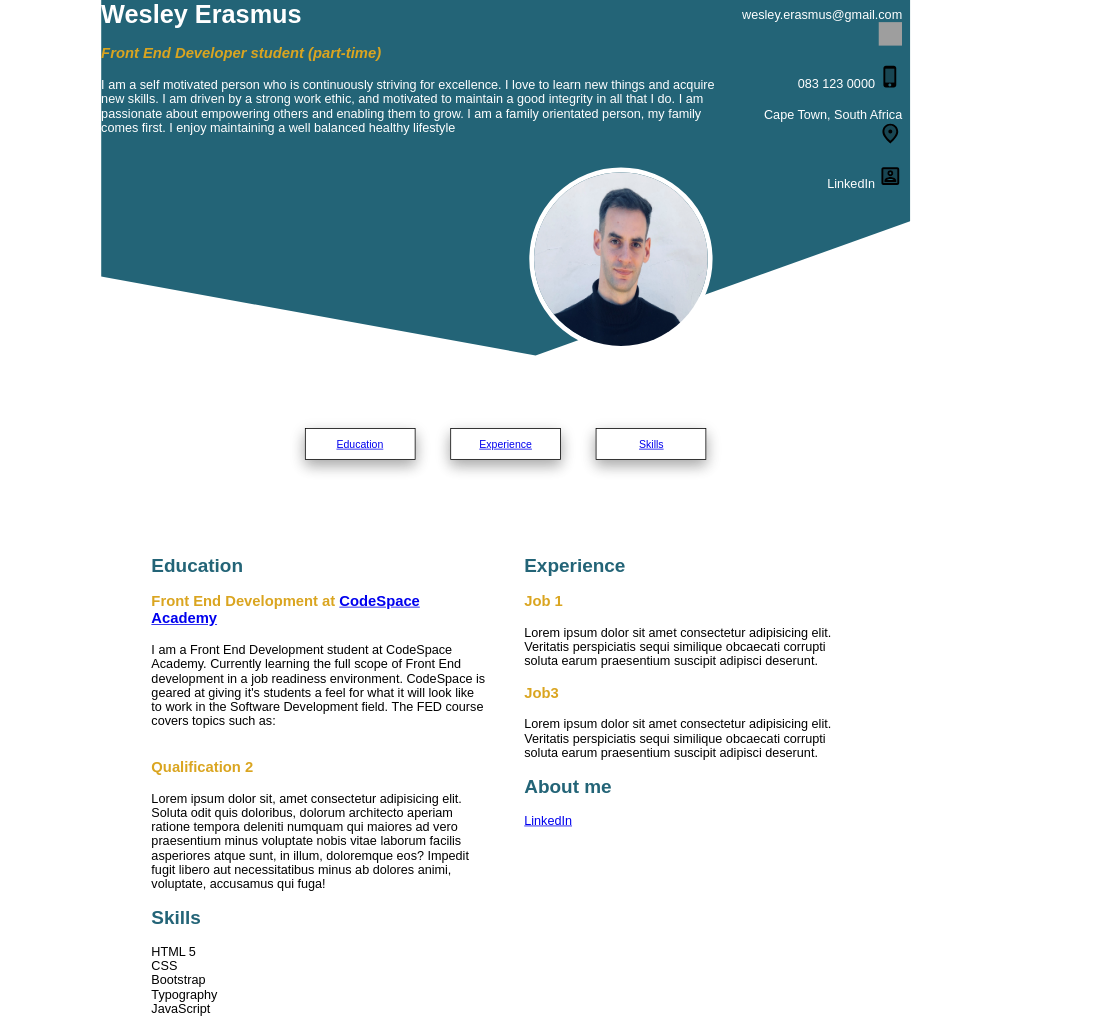
Repository: WesleyErasmus/myDigitalResume
Page: Resume-Projec-3/index.html
These files come from the project's save history. The page is drawn as it stood at one moment and after the next save; the edit follows.
The browser window is 1280 px wide. The page is 1408 px wide, so the pictures cover 1408 px, including what lies to the right of the window. The pictures show the whole page, at 79% of full size.
Pictures or frames that could not be fetched are drawn as grey boxes.

Above is the page before, as saved 2022-02-12 17:08:54.

After the next save:
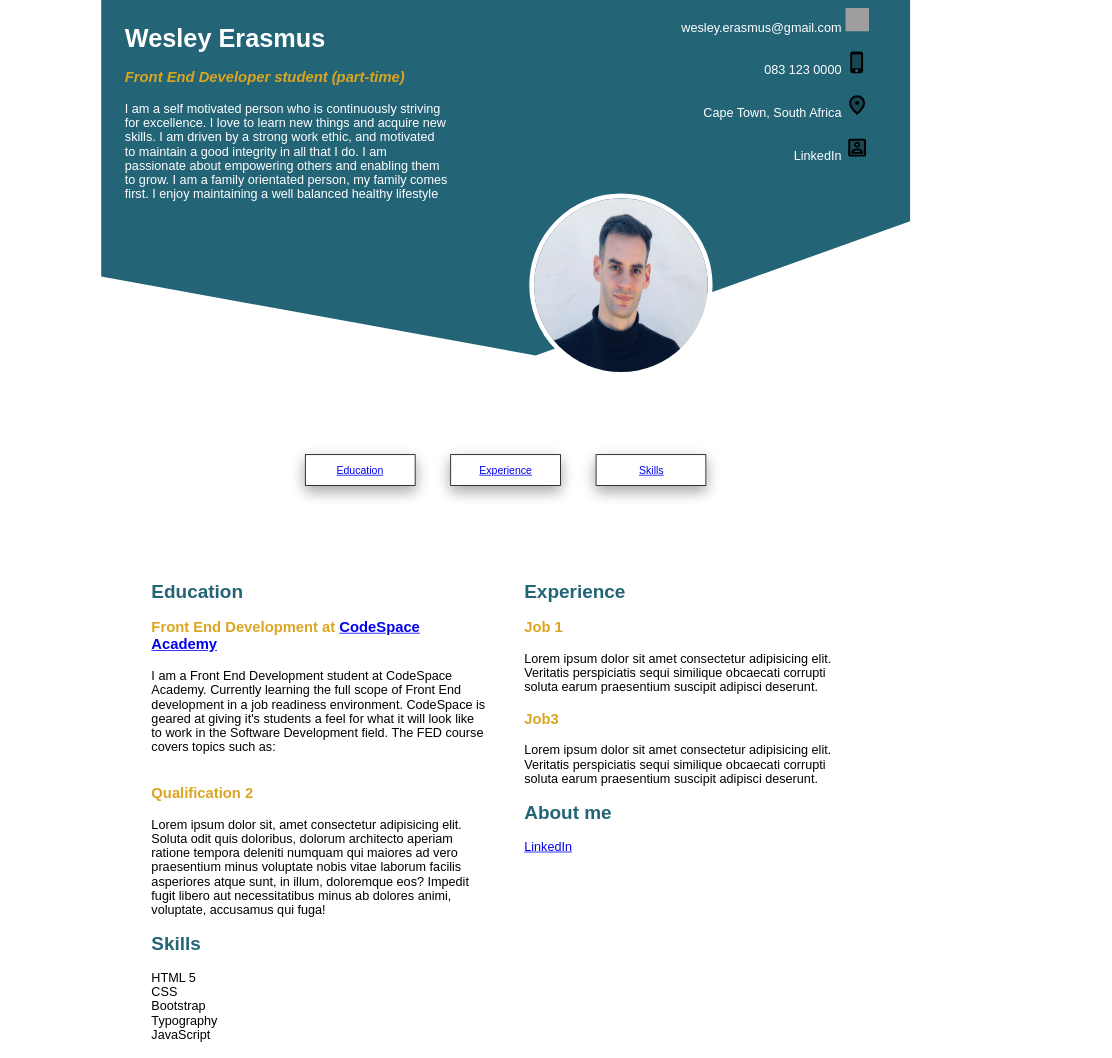
Saved 19 s later.
--- a/Resume-Projec-3/styles.css
+++ b/Resume-Projec-3/styles.css
@@ -33,7 +33,7 @@ h3 {
     list-style-type: none;
 }
 
-.title-1 {
+.title {
     width: 40%;
     padding: 30px;
 }
